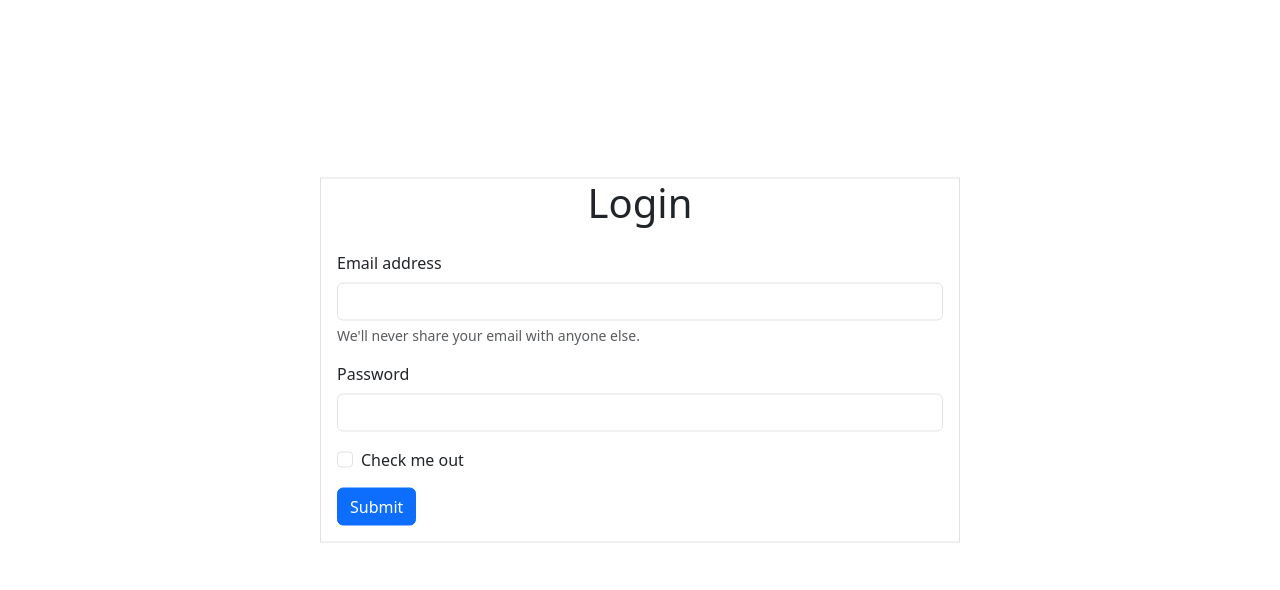
Repository: Anandu361/OTT-Platform
Page: http://localhost/Login
An editor plug-in stored every save of this project. The page is shown before and after the next save, followed by the edit.
The browser window is 1280 px wide. The pictures show the whole page.
The page is this project's Thymeleaf template; nobody is signed in. The template is opened directly, without the code that normally fills it, so the values that code supplies are empty.

Above is the page before, as saved 2026-01-08 10:04:01.

### backend/src/main/resources/templates/Login.html
<!DOCTYPE html>
<html>
	<head>
		<title>Login</title>
		<link href="https://cdn.jsdelivr.net/npm/bootstrap@5.3.8/dist/css/bootstrap.min.css" rel="stylesheet" integrity="sha384-sRIl4kxILFvY47J16cr9ZwB07vP4J8+LH7qKQnuqkuIAvNWLzeN8tE5YBujZqJLB" crossorigin="anonymous">
	</head>
	<body>
		<div class="container vh-100">
			<div class="border mx-auto d-block w-50 position-absolute top-50 start-50 translate-middle">
				<h1 class="text-center">Login</h1>
				<div class="p-3">
					<form>
					  <div class="mb-3">
					    <label for="exampleInputEmail1" class="form-label">Email address</label>
					    <input type="email" class="form-control" id="exampleInputEmail1" aria-describedby="emailHelp">
					    <div id="emailHelp" class="form-text">We'll never share your email with anyone else.</div>
					  </div>
					  <div class="mb-3">
					    <label for="exampleInputPassword1" class="form-label">Password</label>
					    <input type="password" class="form-control" id="exampleInputPassword1">
					  </div>
					  <div class="mb-3 form-check">
					    <input type="checkbox" class="form-check-input" id="exampleCheck1">
					    <label class="form-check-label" for="exampleCheck1">Check me out</label>
					  </div>
					  <button type="submit" class="btn btn-primary">Submit</button>
					</form>
				</div>
			</div>
		</div>
	</body>
</html>

After the next save:
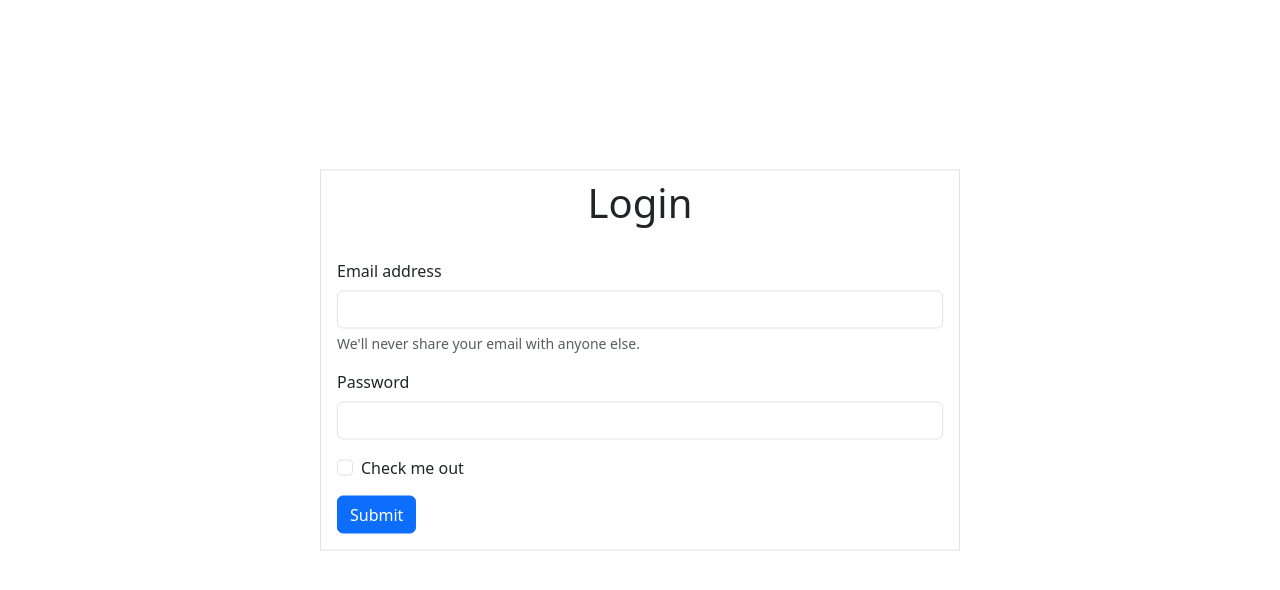
Saved 11 s later.
--- a/backend/src/main/resources/templates/Login.html
+++ b/backend/src/main/resources/templates/Login.html
@@ -7,7 +7,7 @@
 	<body>
 		<div class="container vh-100">
 			<div class="border mx-auto d-block w-50 position-absolute top-50 start-50 translate-middle">
-				<h1 class="text-center">Login</h1>
+				<h1 class="text-center p-2">Login</h1>
 				<div class="p-3">
 					<form>
 					  <div class="mb-3">
